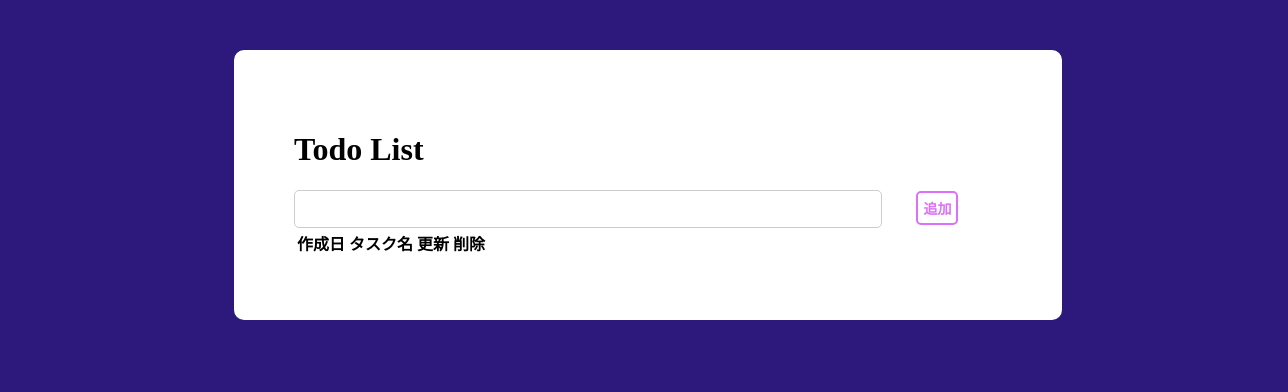
Repository: oninopantsu/20210529onoma
Page: http://localhost/todo/update
The author's editor kept a copy of each file at every save. The page is drawn from the files as they stood at one save, then again after a run of saves.
The browser window is 1280 px wide. The page is 1288 px wide, so the pictures cover 1288 px, including what lies to the right of the window. The pictures show the whole page.
The page is served by the project's Laravel application, run on PHP 8.4 with Laravel 8. Queries for data that is not in the repository find no rows.

Above is the page before, as saved 2021-06-03 05:47:25.

After the next 2 saves:
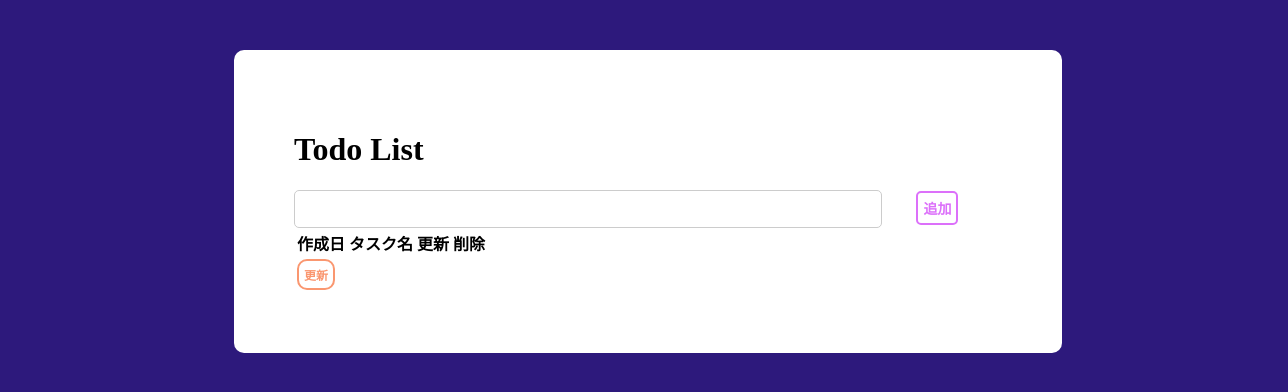
The 2 saves are shown as one change because 1 did not build or start.
The last was saved 37 s later.
--- a/resources/views/index.blade.php
+++ b/resources/views/index.blade.php
@@ -144,6 +144,7 @@
               <input type="text" name="content" value="">
             </form>
           </td>
+          @endforeach
           <td>
             <form action="/todo/update" method="post">
               <button class="button__update">更新</button>
@@ -157,7 +158,6 @@
           </td>
           @endsection
         </tr>
-        @endforeach
       </table>
     </div>
 
